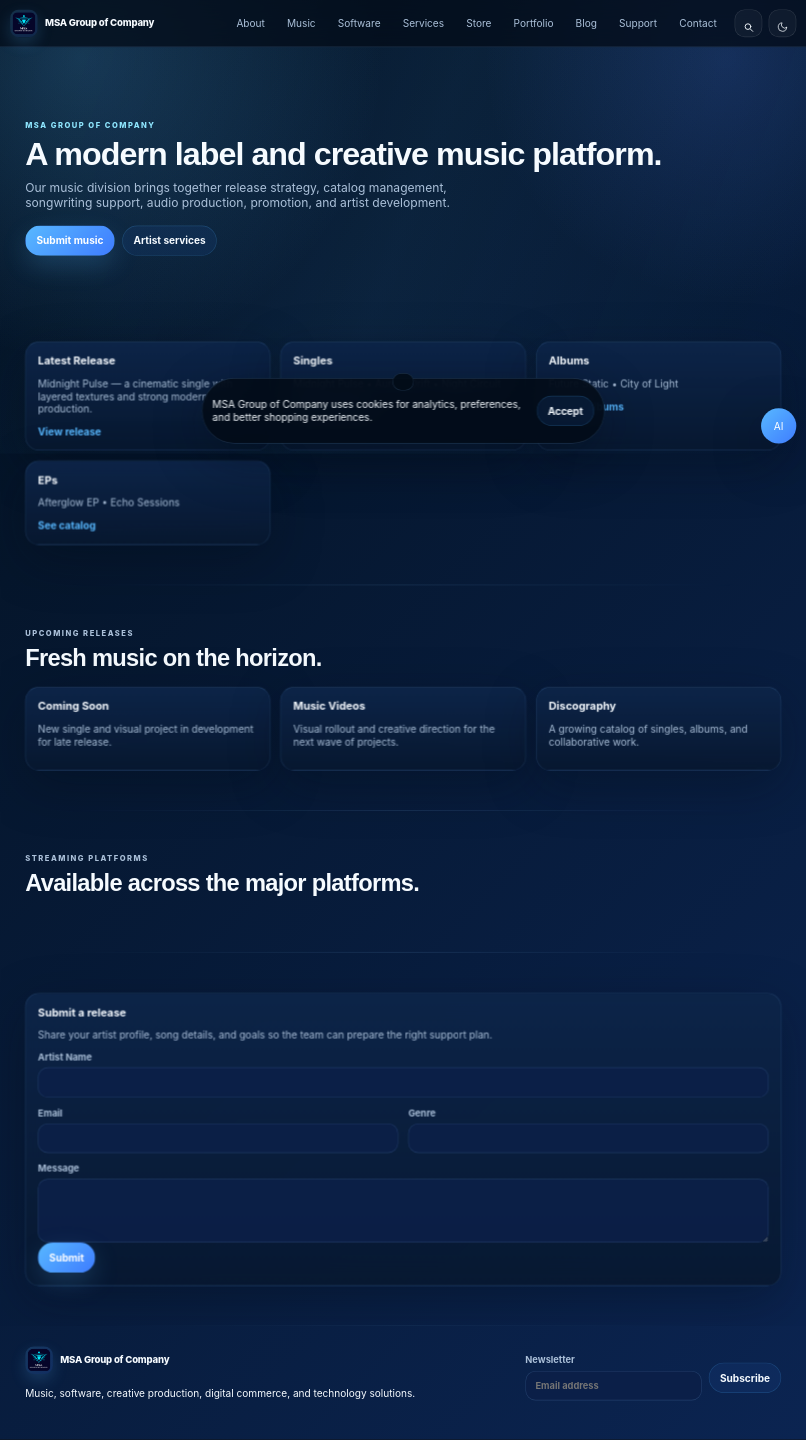
Repository: wifiasert/MSA-Group-of-Company
Page: music/index.html
The author's editor kept a copy of each file at every save. The page is drawn from the files as they stood at one save, then again after the next save.
The browser window is 1280 px wide. The pictures show the whole page, at 63% of full size.

Above is the page before, as saved 2026-07-18 04:05:40.

### music/index.html
<!doctype html>
<html lang="en">
<head>
  <meta charset="utf-8">
  <meta name="viewport" content="width=device-width, initial-scale=1">
  <title>MSA Group of Company | Music</title>
  <meta name="robots" content="index, follow">
  <meta name="keywords" content="software company, digital agency, AI solutions, web development, mobile app development, automation, branding, music production, Ghana software company, global software company">
  <link rel="canonical" href="https://msagroupofcompanies.online/music/">
  <link rel="shortlink" href="https://msagroupofcompanies.online/music/">
  <meta property="og:locale" content="en_US">
  <meta property="og:site_name" content="MSA Group of Company">
  <meta property="og:type" content="website">
  <meta property="og:title" content="MSA Group of Company | Music">
  <meta property="og:description" content="Discover MSA Group of Company music services covering label operations, distribution, publishing, and artist support.">
  <meta property="og:url" content="https://msagroupofcompanies.online/music/">
  <meta property="og:image" content="https://msagroupofcompanies.online/assets/og-preview.svg">
  <meta property="og:image:alt" content="MSA Group of Company digital services and creative technology">
  <meta name="twitter:card" content="summary_large_image">
  <meta name="twitter:title" content="MSA Group of Company | Music">
  <meta name="twitter:description" content="Discover MSA Group of Company music services covering label operations, distribution, publishing, and artist support.">
  <meta name="twitter:image" content="https://msagroupofcompanies.online/assets/og-preview.svg">
  <meta name="author" content="MSA Group of Company">
  <meta name="publisher" content="MSA Group of Company">
  <link rel="apple-touch-icon" href="https://msagroupofcompanies.online/assets/favicon.svg">
  <link rel="manifest" href="../manifest.webmanifest">

  <meta name="description" content="Discover MSA Group of Company music services covering label operations, distribution, publishing, and artist support.">
  <meta name="theme-color" content="#060816">
  <link rel="icon" href="../assets/favicon.svg" type="image/svg+xml">
  <link rel="stylesheet" href="../styles.css">
  <script type="application/ld+json">
{
  "@context": "https://schema.org",
  "@graph": [
    {
      "@type": [
        "Organization",
        "ProfessionalService",
        "LocalBusiness"
      ],
      "@id": "https://msagroupofcompanies.online/#organization",
      "name": "MSA Group of Company",
      "url": "https://msagroupofcompanies.online/",
      "logo": "https://msagroupofcompanies.online/assets/favicon.svg",
      "sameAs": [
        "https://www.linkedin.com/",
        "https://www.instagram.com/",
        "https://www.youtube.com/",
        "https://www.tiktok.com/",
        "https://twitter.com/"
      ],
      "description": "MSA Group of Company delivers music, software, creative production, branding, and technology solutions for artists, startups, and businesses worldwide.",
      "contactPoint": [
        {
          "@type": "ContactPoint",
          "contactType": "customer support",
          "email": "hello@msa.company",
          "areaServed": [
            "GH",
            "US",
            "GB",
            "CA"
          ],
          "availableLanguage": [
            "English"
          ]
        }
      ],
      "address": {
        "@type": "PostalAddress",
        "addressCountry": "GH",
        "addressLocality": "Accra",
        "addressRegion": "Greater Accra"
      }
    },
    {
      "@type": "WebSite",
      "@id": "https://msagroupofcompanies.online/#website",
      "url": "https://msagroupofcompanies.online/",
      "name": "MSA Group of Company",
      "publisher": {
        "@id": "https://msagroupofcompanies.online/#organization"
      }
    },
    {
      "@type": "WebPage",
      "@id": "https://msagroupofcompanies.online/music/#webpage",
      "url": "https://msagroupofcompanies.online/music/",
      "name": "MSA Group of Company | Music",
      "description": "Discover MSA Group of Company music services covering label operations, distribution, publishing, and artist support.",
      "inLanguage": "en",
      "isPartOf": {
        "@id": "https://msagroupofcompanies.online/#website"
      },
      "breadcrumb": {
        "@id": "https://msagroupofcompanies.online/music/#breadcrumb"
      }
    },
    {
      "@type": "BreadcrumbList",
      "@id": "https://msagroupofcompanies.online/music/#breadcrumb",
      "itemListElement": [
        {
          "@type": "ListItem",
          "position": 1,
          "name": "Home",
          "item": "https://msagroupofcompanies.online/"
        },
        {
          "@type": "ListItem",
          "position": 2,
          "name": "Music",
          "item": "https://msagroupofcompanies.online/music"
        }
      ]
    },
    {
      "@type": "OfferCatalog",
      "name": "MSA Group of Company services",
      "itemListElement": [
        {
          "@type": "OfferCatalog",
          "name": "Website Development",
          "itemListElement": [
            {
              "@type": "Offer",
              "itemOffered": {
                "@type": "Service",
                "name": "Website Development"
              }
            }
          ]
        },
        {
          "@type": "OfferCatalog",
          "name": "Brand Identity",
          "itemListElement": [
            {
              "@type": "Offer",
              "itemOffered": {
                "@type": "Service",
                "name": "Brand Identity"
              }
            }
          ]
        },
        {
          "@type": "OfferCatalog",
          "name": "Music Production",
          "itemListElement": [
            {
              "@type": "Offer",
              "itemOffered": {
                "@type": "Service",
                "name": "Music Production"
              }
            }
          ]
        },
        {
          "@type": "OfferCatalog",
          "name": "Software Development",
          "itemListElement": [
            {
              "@type": "Offer",
              "itemOffered": {
                "@type": "Service",
                "name": "Software Development"
              }
            }
          ]
        },
        {
          "@type": "OfferCatalog",
          "name": "Digital Marketing",
          "itemListElement": [
            {
              "@type": "Offer",
              "itemOffered": {
                "@type": "Service",
                "name": "Digital Marketing"
              }
            }
          ]
        },
        {
          "@type": "OfferCatalog",
          "name": "Technology Solutions",
          "itemListElement": [
            {
              "@type": "Offer",
              "itemOffered": {
                "@type": "Service",
                "name": "Technology Solutions"
              }
            }
          ]
        },
        {
          "@type": "OfferCatalog",
          "name": "Music Distribution",
          "itemListElement": [
            {
              "@type": "Offer",
              "itemOffered": {
                "@type": "Service",
                "name": "Music Distribution"
              }
            }
          ]
        },
        {
          "@type": "OfferCatalog",
          "name": "Publishing Services",
          "itemListElement": [
            {
              "@type": "Offer",
              "itemOffered": {
                "@type": "Service",
                "name": "Publishing Services"
              }
            }
          ]
        },
        {
          "@type": "OfferCatalog",
          "name": "Artist Services",
          "itemListElement": [
            {
              "@type": "Offer",
              "itemOffered": {
                "@type": "Service",
                "name": "Artist Services"
              }
            }
          ]
        },
        {
          "@type": "OfferCatalog",
          "name": "Record Label Services",
          "itemListElement": [
            {
              "@type": "Offer",
              "itemOffered": {
                "@type": "Service",
                "name": "Record Label Services"
              }
            }
          ]
        },

        {
          "@type": "OfferCatalog",
          "name": "App Development",
          "itemListElement": [
            {
              "@type": "Offer",
              "itemOffered": {
                "@type": "Service",
                "name": "App Development"
              }
            }
          ]
        },
        {
          "@type": "OfferCatalog",
          "name": "Business Automation",
          "itemListElement": [
            {
              "@type": "Offer",
              "itemOffered": {
                "@type": "Service",
                "name": "Business Automation"
              }
            }
          ]
        }
      ]
    }
  ]
}
  </script>
</head>
<body>
  <div class="loader" id="loader"><span>MSA</span></div>
  <a class="skip-link" href="#main">Skip to content</a>
  <header class="site-header">
    <nav class="nav-shell" aria-label="Primary navigation">
      <a class="brand" href="../" aria-label="MSA Group of Company home"><img class="brand-logo" src="../images/logo%20n%20copy.jpg" alt="MSA Group of Company logo"><span class="brand-text">MSA Group of Company</span></a>
      <button class="icon-button nav-toggle" type="button" aria-label="Open navigation" aria-expanded="false">☰</button>
      <div class="nav-links" id="navLinks">
        <div class="nav-item"><a href="../about/">About</a></div>
        <div class="nav-item"><a href="../music/">Music</a><div class="submenu"><a href="../music/record-label/">Record Label</a><a href="../music/distribution/">Distribution</a><a href="../music/publishing/">Publishing</a><a href="../music/artist-services/">Artist Services</a></div></div>
        <div class="nav-item"><a href="../software/">Software</a><div class="submenu"><a href="../software/available/">Available</a><a href="../software/coming-soon/">Coming Soon</a></div></div>
        <div class="nav-item"><a href="../services/">Services</a></div>
        <div class="nav-item"><a href="../store/">Store</a></div>
        <div class="nav-item"><a href="../portfolio/">Portfolio</a></div>
        <div class="nav-item"><a href="../blog/">Blog</a></div>
        <div class="nav-item"><a href="../support/">Support</a></div>
        <div class="nav-item"><a href="../contact/">Contact</a></div>
      </div>
      <div class="nav-actions"><button class="icon-button" id="searchOpen" type="button" aria-label="Open search">⌕</button><button class="icon-button" id="themeToggle" type="button" aria-label="Toggle theme">◐</button></div>
    </nav>
  </header>
  <main id="main">
    <section class="page-hero reveal">
      <div class="hero-content">
        <p class="eyebrow">MSA Group of Company</p>
        <h1>A modern label and creative music platform.</h1>
        <p class="hero-copy">Our music division brings together release strategy, catalog management, songwriting support, audio production, promotion, and artist development.</p>
        <div class="hero-actions"><a class="primary-button" href="../contact/">Submit music</a><a class="secondary-button" href="../music/artist-services/">Artist services</a></div>
      </div>
    </section>
    <section class="section reveal">
      <div class="card-grid">
        <article class="glass-card"><h3>Latest Release</h3><p>Midnight Pulse — a cinematic single with layered textures and strong modern production.</p><a class="inline-link" href="../music/record-label/">View release</a></article>
        <article class="glass-card"><h3>Singles</h3><p>Midnight Pulse • Aurora Drift • Night Circuit</p><a class="inline-link" href="../music/distribution/">Explore singles</a></article>
        <article class="glass-card"><h3>Albums</h3><p>Future Static • City of Light</p><a class="inline-link" href="../music/publishing/">Browse albums</a></article>
        <article class="glass-card"><h3>EPs</h3><p>Afterglow EP • Echo Sessions</p><a class="inline-link" href="../music/artist-services/">See catalog</a></article>
      </div>
    </section>
    <section class="section reveal">
      <div class="section-heading"><p class="eyebrow">Upcoming releases</p><h2>Fresh music on the horizon.</h2></div>
      <div class="card-grid">
        <article class="glass-card"><h3>Coming Soon</h3><p>New single and visual project in development for late release.</p></article>
        <article class="glass-card"><h3>Music Videos</h3><p>Visual rollout and creative direction for the next wave of projects.</p></article>
        <article class="glass-card"><h3>Discography</h3><p>A growing catalog of singles, albums, and collaborative work.</p></article>
      </div>
    </section>
    <section class="section reveal">
      <div class="section-heading"><p class="eyebrow">Streaming platforms</p><h2>Available across the major platforms.</h2></div>
    </section>
    <section class="section reveal"><div class="form-card"><h3>Submit a release</h3><p>Share your artist profile, song details, and goals so the team can prepare the right support plan.</p><form data-form="music"><div class="form-grid"><label class="full">Artist Name<input required name="artist"></label><label>Email<input required type="email" name="email"></label><label>Genre<input name="genre"></label><label class="full">Message<textarea rows="4" name="message"></textarea></label></div><button class="primary-button" type="submit">Submit</button></form></div></section>
  </main>
  <footer class="site-footer"><div><a class="brand" href="../" aria-label="MSA Group of Company home"><img class="brand-logo" src="../images/logo%20n%20copy.jpg" alt="MSA Group of Company logo"><span class="brand-text">MSA Group of Company</span></a><p>Music, software, creative production, digital commerce, and technology solutions.</p></div><form class="newsletter" data-form="newsletter"><label>Newsletter<input required type="email" placeholder="Email address"></label><button class="secondary-button" type="submit">Subscribe</button></form></footer>
  <dialog class="modal" id="searchModal"><button class="icon-button close-modal" data-close type="button">×</button><h2>Search MSA Group of Company</h2><input id="siteSearch" placeholder="Search services, products, support, blog..."><div id="searchResults" class="search-results"></div></dialog>
  <div class="chatbot" id="chatbot"><button class="chat-toggle" id="chatToggle" type="button">AI</button><div class="chat-window" aria-live="polite"><strong>MSA AI Support</strong><div id="chatLog"><p>Ask about software, music submissions, orders, or services.</p></div><form id="chatForm"><input id="chatInput" placeholder="Type a question..."><button type="submit">Send</button></form></div></div>
  <div class="cookie" id="cookieBanner"><p>MSA Group of Company uses cookies for analytics, preferences, and better shopping experiences.</p><button class="secondary-button" id="cookieAccept" type="button">Accept</button></div>
  <div class="toast" id="toast" role="status" aria-live="polite"></div>
  <script src="../app.js"></script>
</body>
</html>

Loaded but not shown: app.js (337 lines, source omitted); styles.css (433 lines, source omitted)

After the next save:
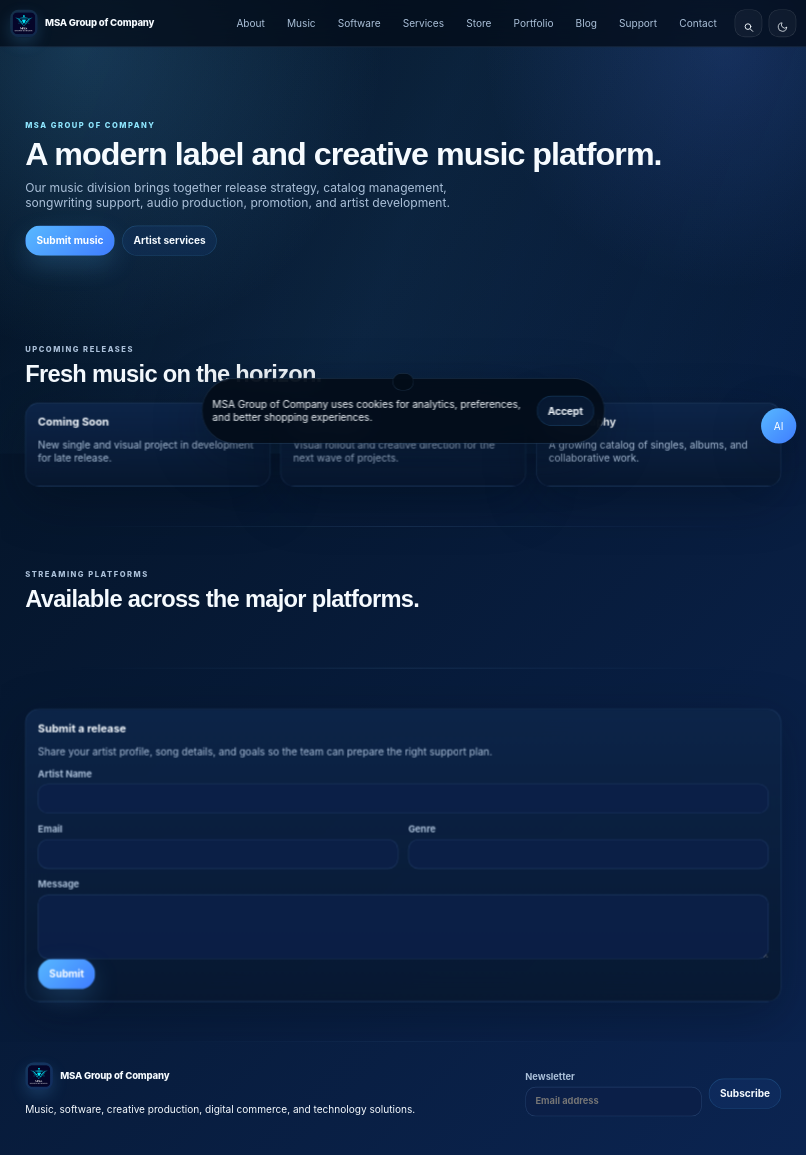
Saved 6 s later.
--- a/music/index.html
+++ b/music/index.html
@@ -312,14 +312,7 @@
         <div class="hero-actions"><a class="primary-button" href="../contact/">Submit music</a><a class="secondary-button" href="../music/artist-services/">Artist services</a></div>
       </div>
     </section>
-    <section class="section reveal">
-      <div class="card-grid">
-        <article class="glass-card"><h3>Latest Release</h3><p>Midnight Pulse — a cinematic single with layered textures and strong modern production.</p><a class="inline-link" href="../music/record-label/">View release</a></article>
-        <article class="glass-card"><h3>Singles</h3><p>Midnight Pulse • Aurora Drift • Night Circuit</p><a class="inline-link" href="../music/distribution/">Explore singles</a></article>
-        <article class="glass-card"><h3>Albums</h3><p>Future Static • City of Light</p><a class="inline-link" href="../music/publishing/">Browse albums</a></article>
-        <article class="glass-card"><h3>EPs</h3><p>Afterglow EP • Echo Sessions</p><a class="inline-link" href="../music/artist-services/">See catalog</a></article>
-      </div>
-    </section>
+
     <section class="section reveal">
       <div class="section-heading"><p class="eyebrow">Upcoming releases</p><h2>Fresh music on the horizon.</h2></div>
       <div class="card-grid">
